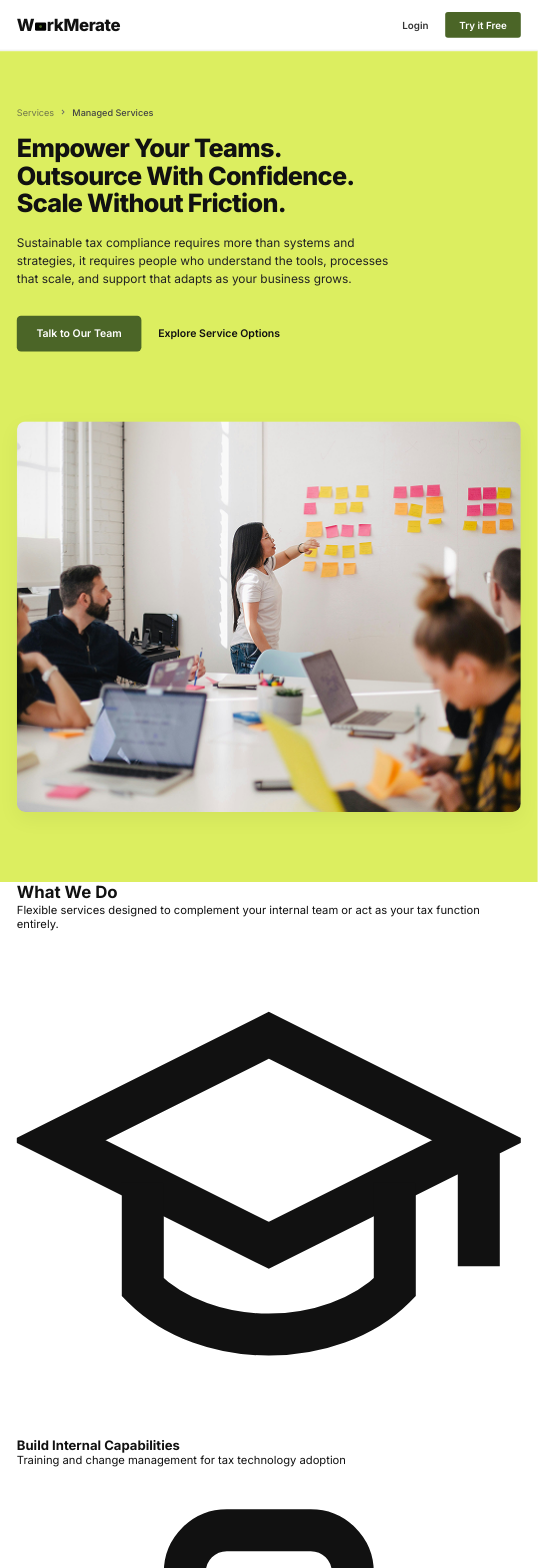
Repository: Opawumi/work_merate
Page: managed.html
An editor plug-in stored every save of this project. The page is shown before and after the next save, followed by the edit.
The browser window is 768 px wide. The pictures show the part of the page from y = 0 to 2240 px (the page is 13328 px tall), at 70% of full size.

Above is the page before, as saved 2026-02-02 11:54:23.

After the next save:
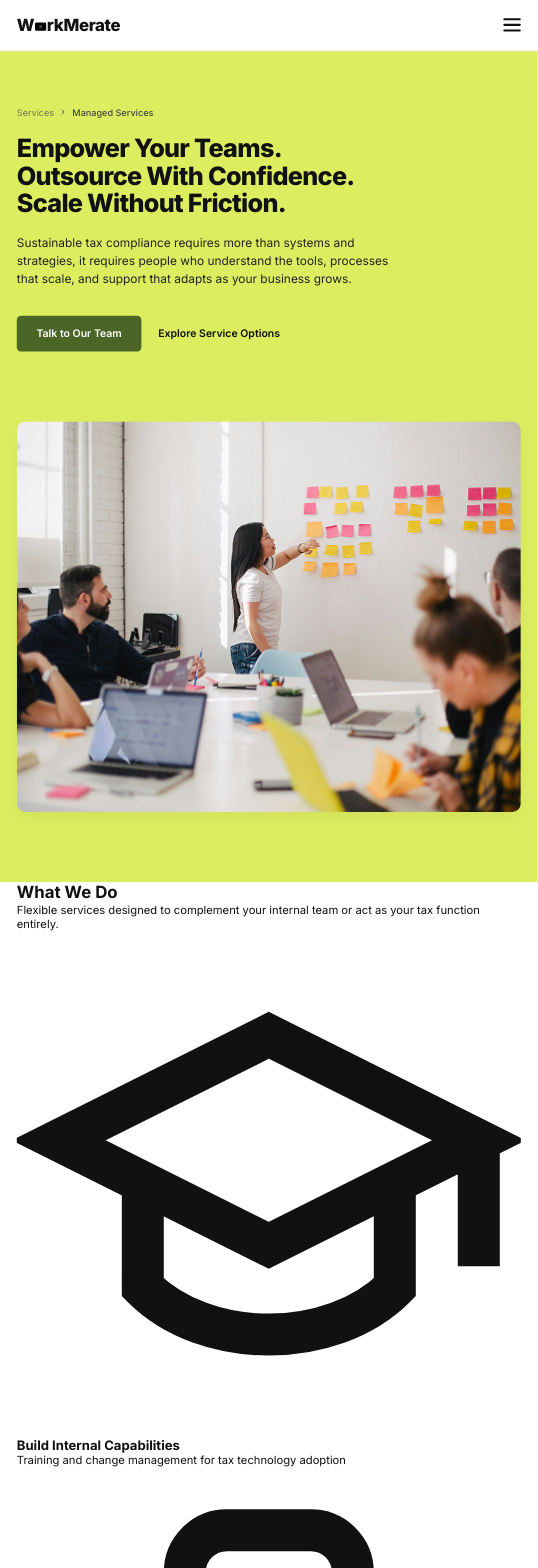
Saved 5 s later.
--- a/managed.css
+++ b/managed.css
@@ -327,10 +327,20 @@
     display: block;
 }
 
-/* Responsive adjustments */
+/* --- Responsive Breakpoint --- */
 @media (max-width: 992px) {
     .nav-menu { display: none; } /* Simplified nav for mobile */
     .hero-container { grid-template-columns: 1fr; } /* Stack vertically */
     .hero-image-wrapper { margin-top: 40px; }
     h1 { font-size: 36px; }
-}
+
+    /* Hide Desktop Elements */
+    .desktop-only {
+        display: none !important;
+    }
+
+    /* Show Hamburger */
+    .hamburger {
+        display: flex;
+    }
+}
